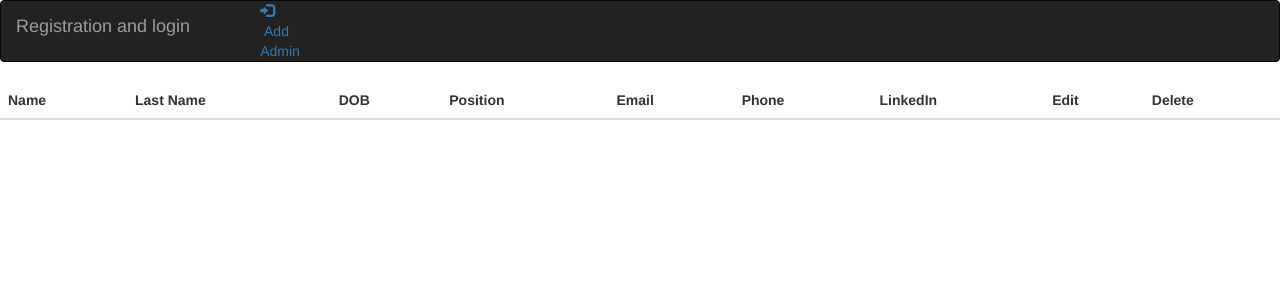
Repository: vinayvinay25794/RegistrationDemo
Page: http://localhost/allRegistrations
An editor plug-in stored every save of this project. The page is shown before and after the next save, followed by the edit.
The browser window is 1280 px wide. The pictures show the whole page.
The page is this project's Thymeleaf template; nobody is signed in. The template is opened directly, without the code that normally fills it, so the values that code supplies are empty.

Above is the page before, as saved 2021-03-18 07:18:49.

After the next save:
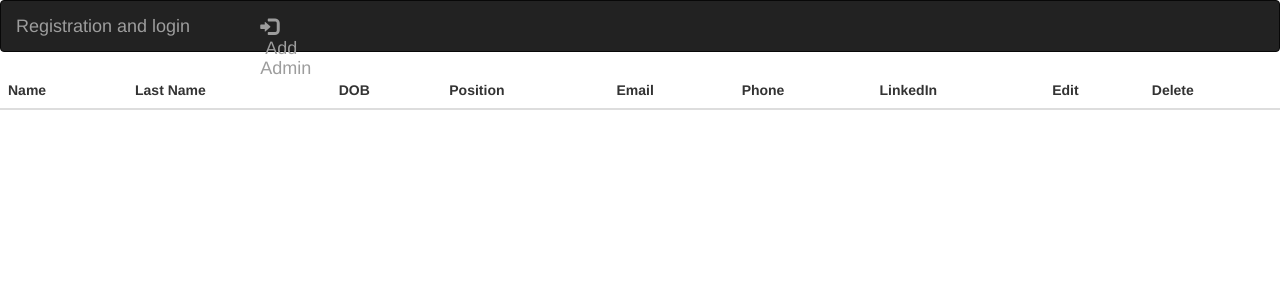
Saved 79 s later.
--- a/Hibernate/src/main/resources/templates/allRegistrations.html
+++ b/Hibernate/src/main/resources/templates/allRegistrations.html
@@ -21,7 +21,7 @@
 	      <a class="navbar-brand" href="#" th:href="@{/}">Registration and login</a>
 	      <div class="nav navbar-nav navbar-right">
 	      <div class="col-md-6 col-md-offset-30">
-					<span><a href="/" th:href="@{/registration}">
+					<span><a class="navbar-brand" href="/" th:href="@{/registration}">
 					<span class="glyphicon glyphicon-log-in" aria-hidden="true"></span>&nbsp;Add Admin
 					</a></span>
 					</div>

After the save that followed:
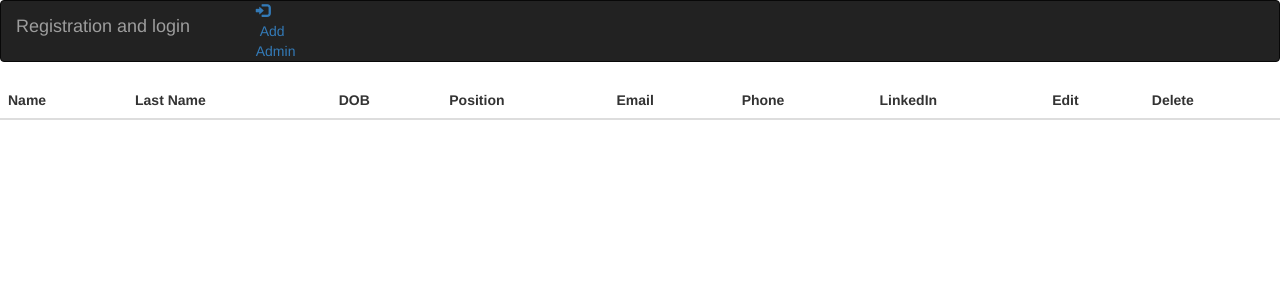
Saved 87 s later.
--- a/Hibernate/src/main/resources/templates/allRegistrations.html
+++ b/Hibernate/src/main/resources/templates/allRegistrations.html
@@ -21,7 +21,7 @@
 	      <a class="navbar-brand" href="#" th:href="@{/}">Registration and login</a>
 	      <div class="nav navbar-nav navbar-right">
 	      <div class="col-md-6 col-md-offset-30">
-					<span><a class="navbar-brand" href="/" th:href="@{/registration}">
+					<span><a class="nav navbar-nav navbar-right" href="/" th:href="@{/registration}">
 					<span class="glyphicon glyphicon-log-in" aria-hidden="true"></span>&nbsp;Add Admin
 					</a></span>
 					</div>
